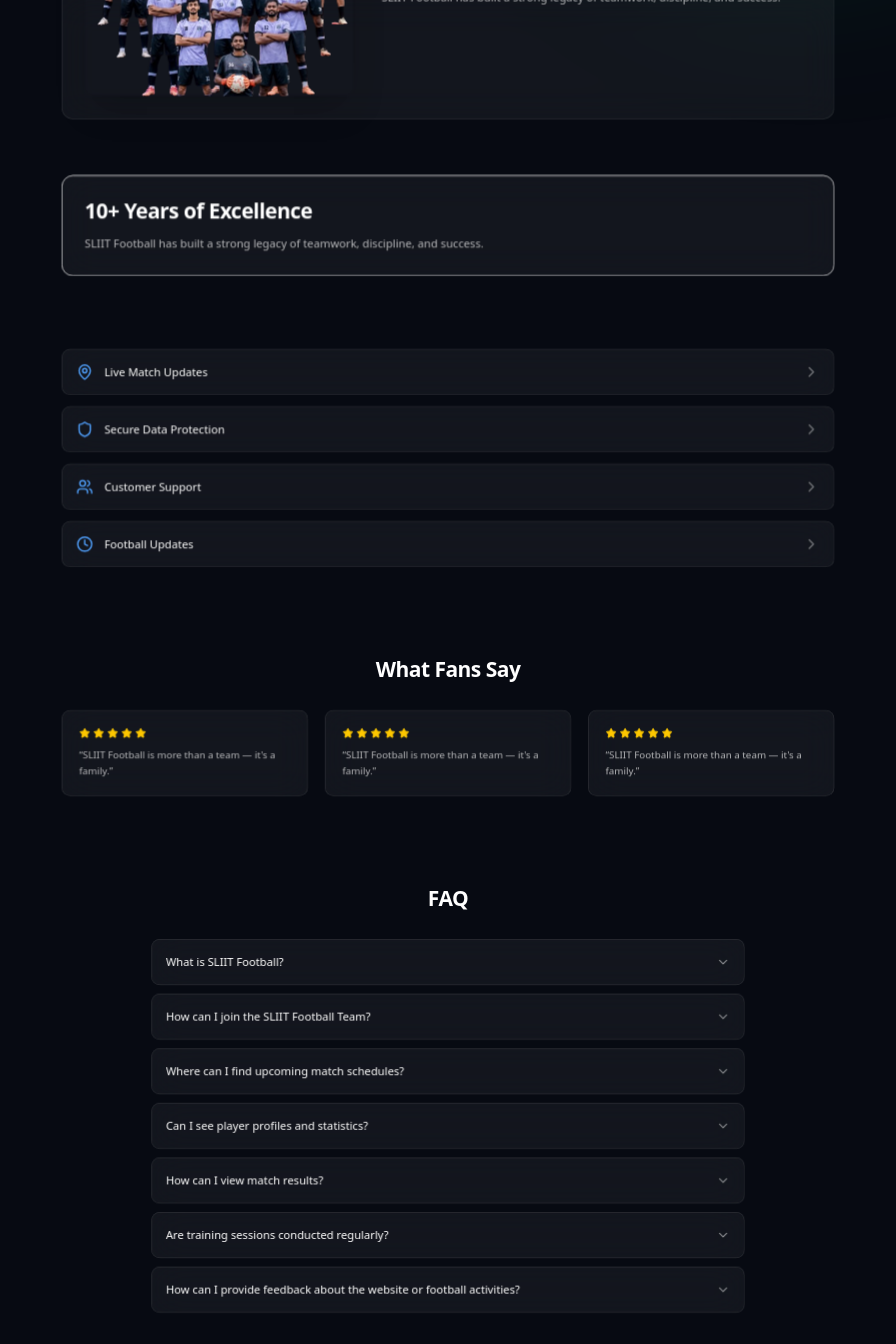
Repository: azeez6789/springboot-footbal-web
Page: /home (app in client/)
The author's editor kept a copy of each file at every save. The page is drawn from the files as they stood at one save, then again after a run of saves.
The browser window is 1280 px wide. The pictures show the part of the page from y = 969 to 2889 px (the page is 3009 px tall before and 2983 px after), at 70% of full size.
The project was rebuilt for these pictures with package versions that can differ from the ones it lists, and the page was loaded fresh each time. Also part of the build but not shown: client/vite.config.js, client/src/common/services/userService.js, client/src/common/component/login.jsx, client/src/common/component/register.jsx, client/src/common/component/About.jsx, client/src/common/pages/event.jsx, client/src/common/pages/ticket.jsx, client/src/common/pages/playerForm.jsx and 19 more.

Above is the page before, as saved 2026-09-30 13:36:04.

After the next 2 saves:
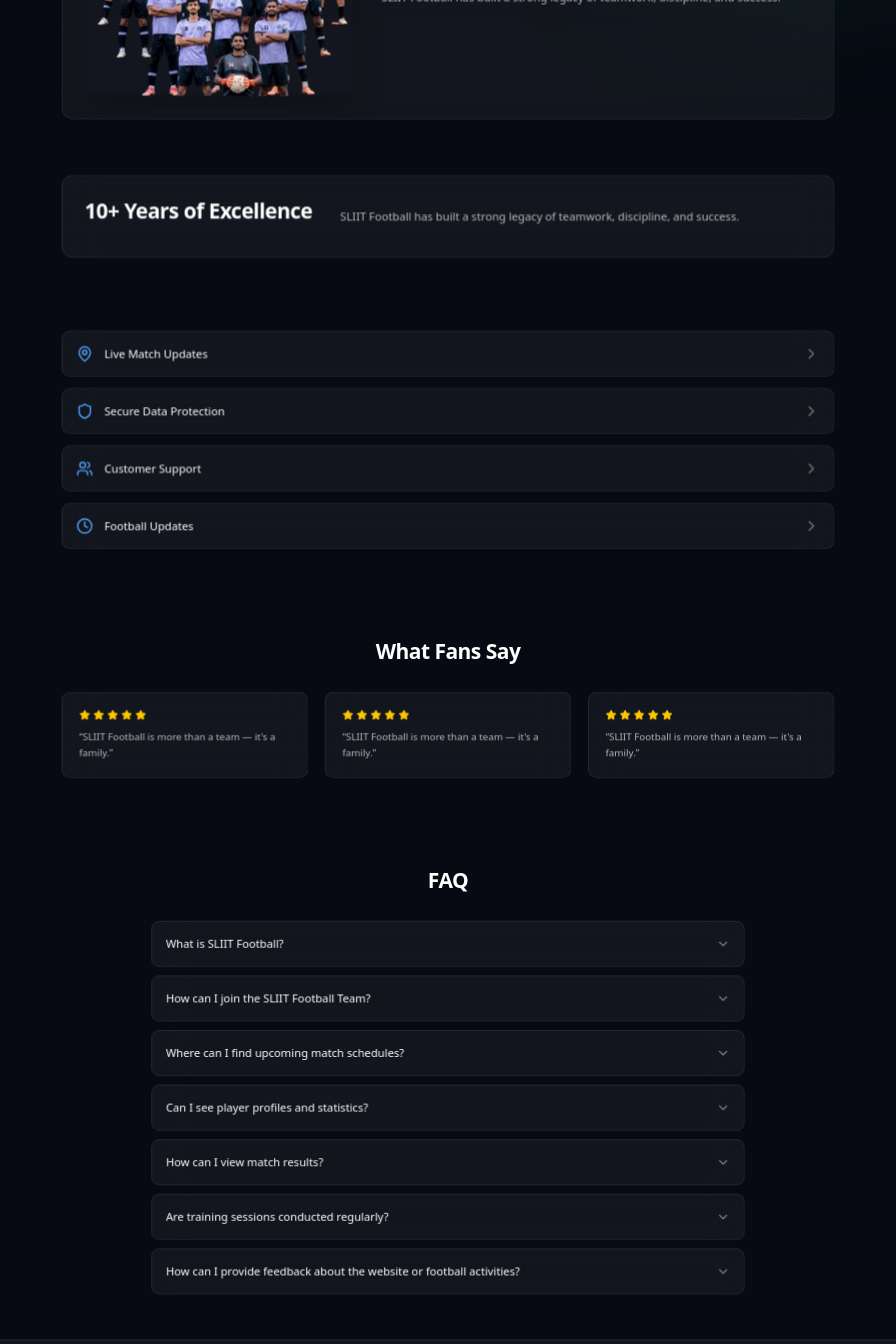
The 2 saves are shown as one change because they came seconds apart.
The last was saved 7 s later.
--- a/client/src/common/pages/home.jsx
+++ b/client/src/common/pages/home.jsx
@@ -234,7 +234,7 @@
       </section>
 
       <section className="max-w-6xl mx-auto px-6 py-10 relative z-10">
-        <div className="bg-white/5 border  backdrop-blur-xl rounded-2xl p-8  flex-col md:flex-row items-center gap-10">
+        <div className="bg-white/5 border border-white/10 backdrop-blur-xl rounded-2xl p-8 flex flex-col md:flex-row items-center gap-10">
             <h2 className="text-3xl font-bold mb-4 tracking-tight">10+ Years of Excellence</h2>
             <p className="text-white/70 leading-relaxed">
                    SLIIT Football has built a strong legacy of teamwork, discipline, and success.

After the save that followed:
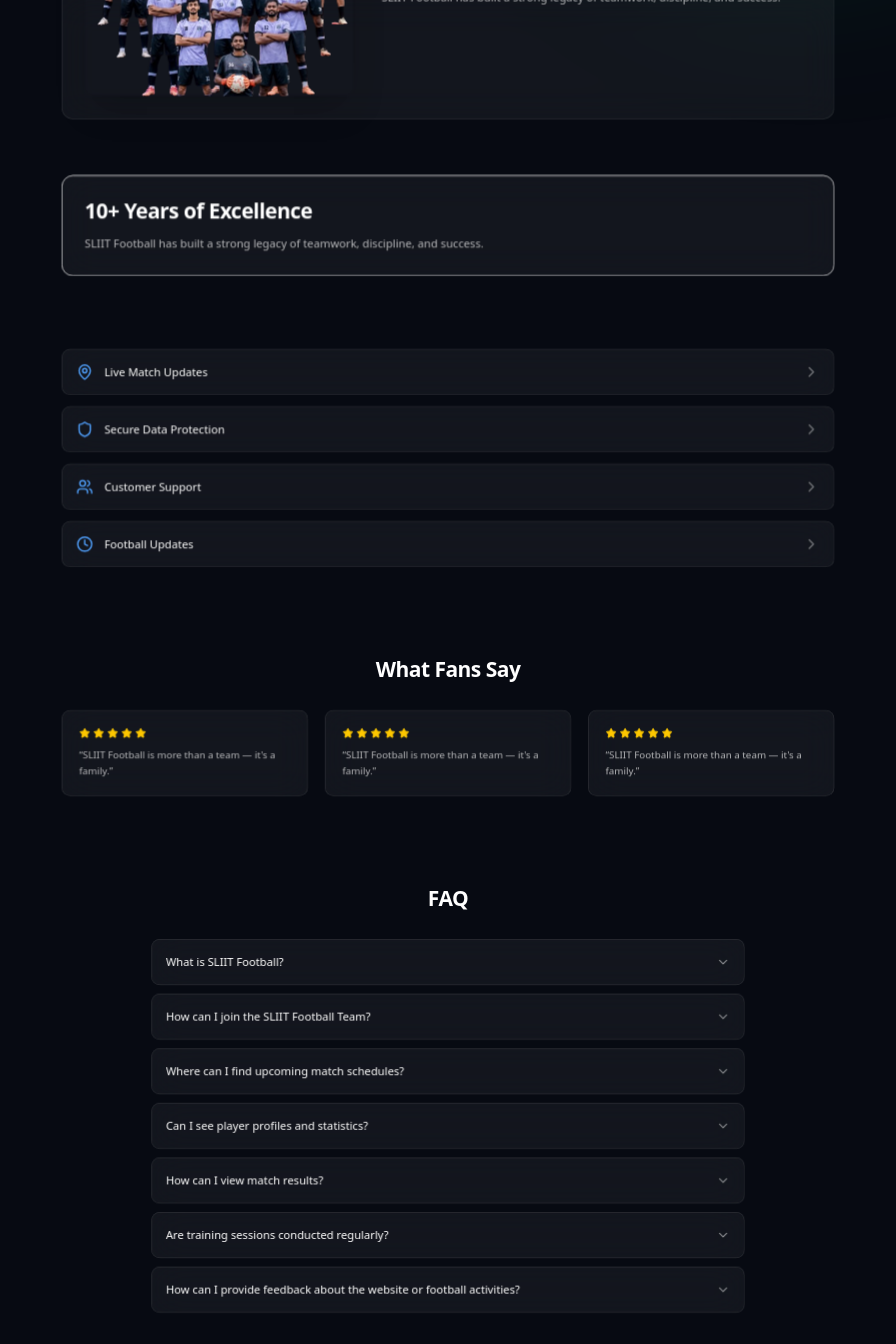
Saved 6 s later.
--- a/client/src/common/pages/home.jsx
+++ b/client/src/common/pages/home.jsx
@@ -234,7 +234,7 @@
       </section>
 
       <section className="max-w-6xl mx-auto px-6 py-10 relative z-10">
-        <div className="bg-white/5 border border-white/10 backdrop-blur-xl rounded-2xl p-8 flex flex-col md:flex-row items-center gap-10">
+        <div className="bg-white/5 border  backdrop-blur-xl rounded-2xl p-8  flex-col md:flex-row items-center gap-10">
             <h2 className="text-3xl font-bold mb-4 tracking-tight">10+ Years of Excellence</h2>
             <p className="text-white/70 leading-relaxed">
                    SLIIT Football has built a strong legacy of teamwork, discipline, and success.
